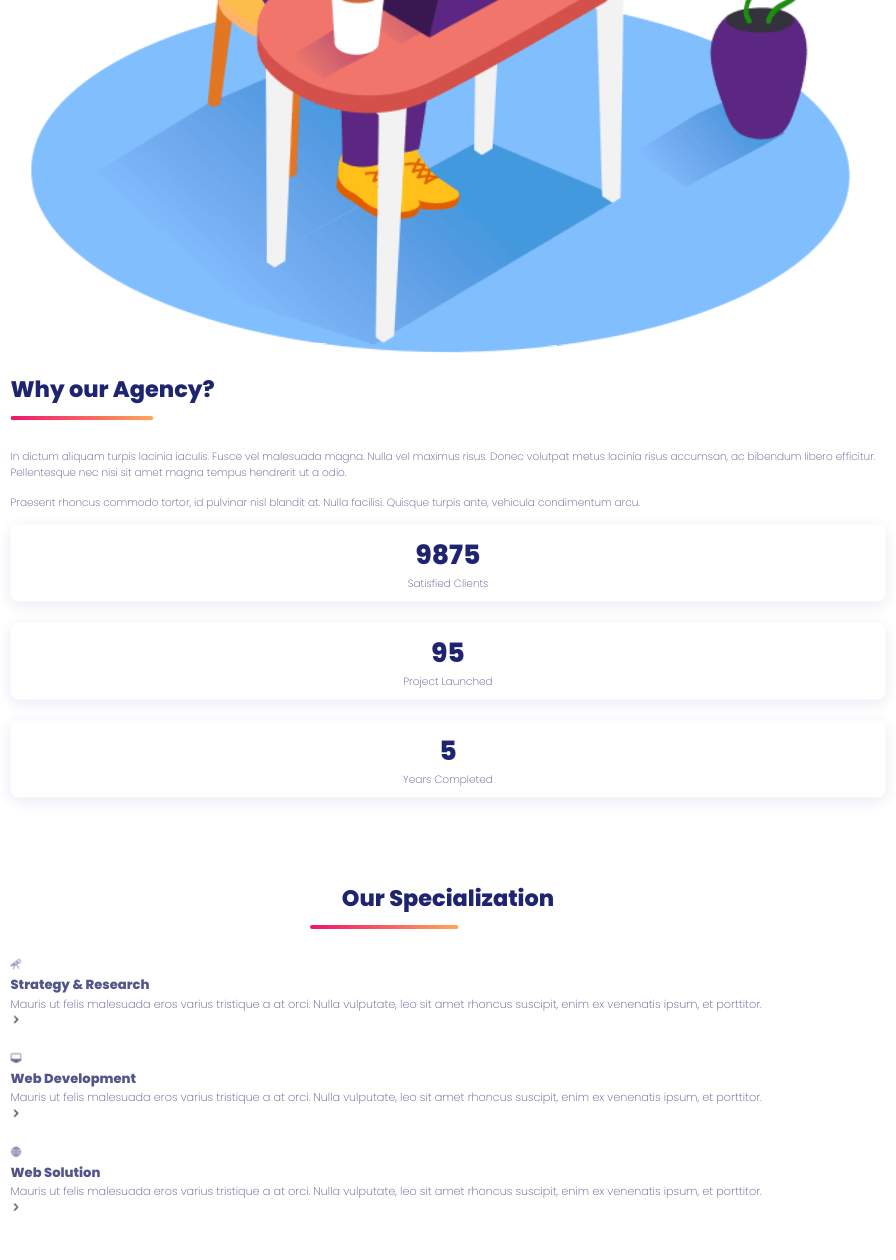
Repository: OmniaRafat232111121/agency
Page: index.html
These files come from the project's save history. The page is drawn as it stood at one moment and after a run of saves; the edit follows.
The browser window is 1280 px wide. The pictures show the part of the page from y = 1885 to 3805 px (the page is 3685 px tall before and 3805 px after), at 70% of full size.

Above is the page before, as saved 2022-10-28 23:26:30.

### index.html
<!DOCTYPE html>
<html lang="en">
<head>
    <meta charset="UTF-8">
    <meta http-equiv="X-UA-Compatible" content="IE=edge">
    <meta name="viewport" content="width=device-width, initial-scale=1.0">
    <title>Desinic</title>
    <!--Googlefont-->
    <link rel="preconnect" href="https://fonts.googleapis.com">
<link rel="preconnect" href="https://fonts.gstatic.com" crossorigin>
<link href="https://fonts.googleapis.com/css2?family=Be+Vietnam+Pro:wght@100&family=Montserrat:wght@400;700&family=Nunito:wght@300&family=Poppins:ital,wght@0,200;0,800;0,900;1,100;1,200&family=Source+Sans+Pro:ital,wght@0,700;1,600&family=Ubuntu:ital,wght@0,300;1,300&display=swap" rel="stylesheet">
    <!--css-->
<link rel="stylesheet" href="./assets/css/style.css">
</head>
<body>
   <!--header-->
   <header class="header active">
    <div class="container">
        <div class="overlay" data-overlay></div>
        <a href="#">
            <h1 class="logo">Desinic</h1>

        </a>
        <!--navbar-->
        <nav class="navbar" data-navbar>

        <div class="navbar-top">
        <a  href="#" class="logo">Desinic</a>
        <button class="nav-close-btn" aria-label="Close Menu" data-nav-close-btn>
           <ion-icon name="close-outline"></ion-icon>
        </button>

        </div>

            <ul class="navbar-list">
                <li class="navbar-item">
                    <a href="#home" class="navbar-link" data-navbar-link>Home</a>
                </li>
                <li class="navbar-item">
                    <a href="#about" class="navbar-link"data-navbar-link>About</a>
                </li>
                <li class="navbar-item">
                    <a href="#services" class="navbar-link"data-navbar-link>Services</a>
                </li>
                <li class="navbar-item">
                    <a href="#features" class="navbar-link"data-navbar-link>Features</a>
                </li>
                <li class="navbar-item">
                    <a href="#blog" class="navbar-link"data-navbar-link>Blog</a>
                </li>
                <li class="navbar-item">
                    <a href="#contact" class="navbar-link"data-navbar-link>Contact us</a>
                </li>
            </ul>

        </nav>


            <a class="btn">
 <ion-icon name="chevron-forward-outline" aria-hidden="true"></ion-icon>
    <span>Get A Quote</span>
            </a>

            <button class="nav-btn-open" aria-label="Open Menu" data-nav-open-btn>
                <ion-icon name="menu-outline"></ion-icon>
            </button>


    </div>

   </header>
<main>
    <article>
        <!--Hero-->
        <section class="hero" id="home">
            <div class="container">

              <div class="hero-content">

                <p class="hero-subtitle">We Are Product Designer From UK</p>

                <h2 class="h2 hero-title">We Design Interfaces That Users Love</h2>

                <p class="hero-text">
                  Morbi sed lacus nec risus finibus feugiat et fermentum nibh. Pellentesque vitae ante at elit fringilla ac
                  at purus.
                </p>

                <button class="button">Learn More</button>

              </div>

              <figure class="hero-banner">
                <img src="./assets/images/hero-banner.png" width="694" height="529" loading="lazy" alt="hero-banner"
                  class="w-100 banner-animation">
              </figure>

            </div>
          </section>
        <!--about-->
        <section class="section about" id="about">
            <div class="container">
                <figure>
                    <img src="./assets/images/about-banner.png" class="w-100 banner-animation" width="700" height="532" alt="aboutbanner" srcset="">
                </figure>
                <div class="about-content">
                     <h2 class=" h2 section-title underline">Why our Agency?</h2>
                     <p class="about-text">
                        In dictum aliquam turpis lacinia iaculis. Fusce vel malesuada magna. Nulla vel maximus risus. Donec
                        volutpat metus
                        lacinia risus accumsan, ac bibendum libero efficitur. Pellentesque nec nisi sit amet magna tempus
                        hendrerit ut a odio.
                      </p>

                      <p class="about-text">
                        Praesent rhoncus commodo tortor, id pulvinar nisl blandit at. Nulla facilisi. Quisque turpis ante,
                        vehicula condimentum
                        arcu.
                      </p>
                      <ul class="stats-list">
                        <li class="stats-card">
                            <p class="h3 stats-title">9875</p>
                            <p class="stats-text">Satisfied Clients</p>
                        </li>
                        <li class="stats-card">
                            <p class="h3 stats-title">95</p>
                            <p class="stats-text">Project Launched</p>
                        </li>
                        <li class="stats-card">
                            <p class="h3 stats-title">5</p>
                            <p class="stats-text">Years Completed</p>
                        </li>

                      </ul>
                    </div>

            </div>

        </section>

        <!--services-->
        <section class="section service" id="services">
          <div class="container">
            <h2 class="h2 section-title underline">Our Specialization</h2>
          <ul class="service-list">
            <li>
                <div class="card-icon">
                    <ion-icon name="telescope-outline"></ion-icon>
                </div>

                <h3 class="h3 title">Strategy & Research</h3>
                <p class="text">
                    Mauris ut felis malesuada eros varius tristique a at orci. Nulla vulputate, leo sit amet rhoncus
                    suscipit, enim ex
                    venenatis ipsum, et porttitor.
                  </p>

                  <button class="card-btn" aria-label="Show More">
                    <ion-icon name="chevron-forward-outline"></ion-icon>
                  </button>

            </li>
            <li>
                <div class="service-card">

                  <div class="card-icon">
                    <ion-icon name="desktop-outline"></ion-icon>
                  </div>

                  <h3 class="h3 title">Web Development</h3>

                  <p class="text">
                    Mauris ut felis malesuada eros varius tristique a at orci. Nulla vulputate, leo sit amet rhoncus
                    suscipit, enim ex
                    venenatis ipsum, et porttitor.
                  </p>

                  <button class="card-btn" aria-label="Show More">
                    <ion-icon name="chevron-forward-outline"></ion-icon>
                  </button>

                </div>
              </li>

              <li>
                <div class="service-card">

                  <div class="card-icon">
                    <ion-icon name="globe-outline"></ion-icon>
                  </div>

                  <h3 class="h3 title">Web Solution</h3>

                  <p class="text">
                    Mauris ut felis malesuada eros varius tristique a at orci. Nulla vulputate, leo sit amet rhoncus
                    suscipit, enim ex
                    venenatis ipsum, et porttitor.
                  </p>

                  <button class="card-btn" aria-label="Show More">
                    <ion-icon name="chevron-forward-outline"></ion-icon>
                  </button>

                </div>
              </li>

          </ul>
          </div>
        </section>

    </article>
</main>
    <!--custom js-->
    <script src="./assets/js/script.js"></script>

    <script type="module" src="https://unpkg.com/ionicons@5.5.2/dist/ionicons/ionicons.esm.js"></script>
<script nomodule src="https://unpkg.com/ionicons@5.5.2/dist/ionicons/ionicons.js"></script>
</body>
</html>

### assets/css/style.css
:root{
  /**colors**/
  --st-patricks-blue: hsl(236, 57%, 28%);
--amaranth-purple: hsl(335, 88%, 38%);
--royal-blue-dark: hsl(231, 68%, 21%);
--chrome-yellow: hsl(39, 100%, 52%);
--space-cadet-1: hsl(230, 41%, 25%);
--space-cadet-2: hsl(230, 59%, 16%);
--winter-sky_50: hsla(335, 87%, 53%, 0.5);
--purple-navy: hsl(236, 26%, 43%);
--ksu-purple: hsl(275, 54%, 33%);
--winter-sky: hsl(335, 87%, 53%);
--razzmatazz: hsl(335, 87%, 51%);
--platinum: hsl(0, 0%, 90%);
--black_70: hsla(0, 0%, 0%, 0.7);
--rajah: hsl(29, 99%, 67%);
--white: hsl(0, 0%, 100%);

--gradient-1: linear-gradient(90deg,var(--royal-blue-dark) 0,var(--ksu-purple) 51%,var(--royal-blue-dark));
--gradient-2: linear-gradient(90deg,var(--razzmatazz) ,var(--rajah))

/*font*/
--ff-source-sans-pro: 'Source Sans Pro', sans-serif;
--ff-poppins: 'Poppins', sans-serif;

--fs-1: 4.2rem;
--fs-2: 3.8rem;
--fs-3: 3.2rem;
--fs-4: 2.5rem;
--fs-5: 2.4rem;
--fs-6: 2rem;
--fs-7: 1.8rem;
--fs-8: 1.5rem;

--fw-500: 500;
--fw-600: 600;
--fw-700: 700;

/*Border-radius*/
--radius-4: 4px;
--radius-12: 12px;
/*spacig*/
--section-padding: 60px;


/*transation*/
--transition-1: 0.15s ease;
--transition-2: 0.35s ease;
--cubic-in: cubic-bezier(0.51, 0.03, 0.64, 0.28);
--cubic-out: cubic-bezier(0.33, 0.85, 0.56, 1.02);
 /*shadow*/
 --shadow: 0 5px 20px 1px hsla(220, 63%, 33%, 0.1);

}
/*__________________________________________*\
#Reset
/*__________________________________________*/
*,
*::before,
*::after{
margin:0;
padding:0;
box-sizing: border-box;
}
li{list-style: none;}
a{text-decoration:none;}
a,
img,
input,
button,
io-icon{
display:block;
}
button,input{
  background: none;
  border:none;
  font:inherit;
}
button{
  cursor: pointer;
}
input{
  width: 100%;
}
io-icon{
  pointer-events:none;
}
img{
  height:auto;
}
address{
  font-style: normal;
}
html{
  font-family: var(--ff-poppins);
  font-size: 10px;
  scroll-behavior: smooth;
}
body{
  background: white;
  color:var(--purple-navy);
  font-size: 1.6rem;
}
/*width*/
::-webkit-scrollbar{
  width: 10px;
}
/*track*/
::-webkit-scrollbar-track{
   background-color: hsl(0,0%,95%);
}
/*handle*/
::-webkit-scrollbar-thum{
   background-color: hsl(0,0%,80%);
}
/*hover*/
::-webkit-scrollbar-thumb:hover{
   background-color: hsl(0,0%,70%);
}
/*__________________________________________*\
#Reuse
/*__________________________________________*/
.container{
  padding-inline:15px;
}
.h2,
.h3 { font-family: var(--ff-source-sans-pro); }
.button {
  background:linear-gradient(90deg,var(--razzmatazz) ,var(--rajah));
  background-size: 200%;
  color: var(--white);
  padding: 12px 35px;
  font-size: var(--fs-8);
  font-weight: var(--fw-500);
  border-radius: 0 25px;
  transition: var(--transition-2);
  -webkit-transition: var(--transition-2);
  -moz-transition: var(--transition-2);
  -ms-transition: var(--transition-2);
  -o-transition: var(--transition-2);
  -webkit-border-radius:;
  -moz-border-radius:;
  -ms-border-radius:;
  -o-border-radius:;
}
.button:is(:hover, :focus) { background-position: right; }
.w-100 { width: 100%; }
.banner-animation { animation: waveAnim 2s linear infinite alternate; }
@keyframes waveAnim {
  0% { transform: translate(0, 0) rotate(0); -webkit-transform: translate(0, 0) rotate(0); -moz-transform: translate(0, 0) rotate(0); -ms-transform: translate(0, 0) rotate(0); -o-transform: translate(0, 0) rotate(0); }
  100% { transform: translate(2px, 2px) rotate(1deg); }
}

.section { padding-block: var(--section-padding); }
.section-title {
  color: var(--st-patricks-blue);
  font-size: var(--fs-3);
  margin-block-end: 60px;
  max-width: max-content;
  margin-inline: auto;
}
.underline{
  position: relative;
}
.underline::before{
  content:"";
  position:absolute;
  left:20%;
  bottom:-20px;
  width: 70%;
  transform: translateX(-50%);
  height: 6px;
  border-radius: 10px;
  background:linear-gradient(90deg,var(--razzmatazz) ,var(--rajah));
}



/*__________________________________________*\
#header
/*__________________________________________*/

/*-----------------------------------*\
  #HEADER
\*-----------------------------------*/

.header .btn { display: none; }

.header {
  --color: var(--white);

  position: absolute;
  top: 0;
  left: 0;
  width: 100%;
  padding-block: 14px;
  z-index: 4;
  transition: var(--transition-1);
}

.header.active {
  --color: var(--st-patricks-blue);

  position: fixed;
  background-color: var(--white);
  box-shadow: 0 2px 30px hsla(0, 0%, 0%, 0.1);
}

.header .container {
  display: flex;
  justify-content: space-between;
  align-items: center;
  gap: 30px;
}

.logo {
  color: var(--color);
  font-family: var(--ff-source-sans-pro);
  font-size: var(--fs-3);
}

.nav-open-btn {
  color: var(--color);
  font-size: 32px;
  padding: 4px;
}

.navbar {
  background-color: var(--white);
  position: fixed;
  top: 0;
  left: -280px;
  width: 100%;
  max-width: 280px;
  min-height: 100%;
  padding: 20px;
  visibility: hidden;
  z-index: 2;
  transition: 0.25s var(--cubic-in);
}

.navbar.active {
  transform: translateX(280px);
  visibility: visible;
  transition: 0.5s var(--cubic-out);
  -webkit-transition: 0.5s var(--cubic-out);
  -moz-transition: 0.5s var(--cubic-out);
  -ms-transition: 0.5s var(--cubic-out);
  -o-transition: 0.5s var(--cubic-out);
  -webkit-transform: translateX(280px);
  -moz-transform: translateX(280px);
  -ms-transform: translateX(280px);
  -o-transform: translateX(280px);
}

.navbar-top {
  display: flex;
  justify-content: space-between;
  align-items: center;
  padding-block: 10px 30px;
}

.navbar-top .logo {
  color: var(--st-patricks-blue);
  font-size: 4.2rem;
  font-weight: var(--fw-700);
}

.nav-close-btn {
  color: var(--space-cadet-1);
  font-size: 2.8rem;
  padding: 4px;
}

.navbar-item:not(:last-child) { border-bottom: 1px solid var(--platinum); }

.navbar-link {
  color: var(--space-cadet-1);
  font-size: var(--fs-8);
  font-weight: var(--fw-600);
  padding-block: 12px;
}

.overlay {
  position: fixed;
  inset: 0;
  background-color: var(--black_70);
  z-index: 1;
  opacity: 0;
  pointer-events: none;
  transition: var(--transition-2);
  -webkit-transition: var(--transition-2);
  -moz-transition: var(--transition-2);
  -ms-transition: var(--transition-2);
  -o-transition: var(--transition-2);
}

.overlay.active {
  opacity: 1;
  pointer-events: all;
}





/*-----------------------------------*\
  #HERO
\*-----------------------------------*/

.hero {
  background-image: url("../images/hero-bg-bottom.png"),
                    url("../images/hero-bg.png"),
                    var(--gradient-1);
  background-repeat: no-repeat, no-repeat, no-repeat;
  background-position: -280px bottom, center, center;
  background-size: auto, cover, auto;
  padding-block-start: 120px;
  padding-block-end: var(--section-padding);
}

.hero-content { margin-block-end: 50px; }

.hero-subtitle {
  color: var(--chrome-yellow);
  font-family: var(--ff-source-sans-pro);
  font-size: var(--fs-7);
  margin-block-end: 15px;
}

.hero-title {
  color: var(--white);
  font-size: var(--fs-1);
  margin-block-end: 20px;
}

.hero-text {
  color: var(--white);
  font-size: var(--fs-8);
  margin-block-end: 30px;
}
/*-----------------------------------*\
  #ABOUT
\*-----------------------------------*/
.about-banner { margin-block-end: 30px; }

.about .section-title { margin-inline: 0; }

.about .underline::before {
  left: 0;
  transform: translateX(0);
  -webkit-transform: translateX(0);
  -moz-transform: translateX(0);
  -ms-transform: translateX(0);
  -o-transform: translateX(0);
}

.about-text {
  font-size: var(--fs-8);
  margin-block-end: 20px;
}

.stats-list {
  display: grid;
  gap: 30px;
}

.stats-card {
  text-align: center;
  padding: 15px;;
  box-shadow: var(--shadow);
  border-radius: var(--radius-12);
}

.stats-title {
  color: var(--st-patricks-blue);
  font-size: var(--fs-2);
  font-weight: var(--fw-700);
}

.stats-text { font-size: var(--fs-8); }

.service-list{
  display:grid;
  gap:30px;
}

### assets/js/script.js

/*navbar toggle*/
const navOpenBtn = document.querySelector("[data-nav-open-btn]");
const navbar = document.querySelector("[data-navbar]");
const navCloseBtn = document.querySelector("[data-nav-close-btn]");
const overlay = document.querySelector("[data-overlay]");

const elemArr = [navCloseBtn, overlay, navOpenBtn];

for (let i = 0; i < elemArr.length; i++) {
  elemArr[i].addEventListener("click", function () {
    navbar.classList.toggle("active");
    overlay.classList.toggle("active");
  });
}

/*navbarLinks**/
let navLinks=document.querySelectorAll('[data-navbar-link]');
for(let i=0;i<navLinks.length;i++){
    navLinks[i].addEventListener("click",function(){
        navbar.classList.toggle("active");
        overlay.classList.toggle("active");
    });
}

After the next 23 saves:
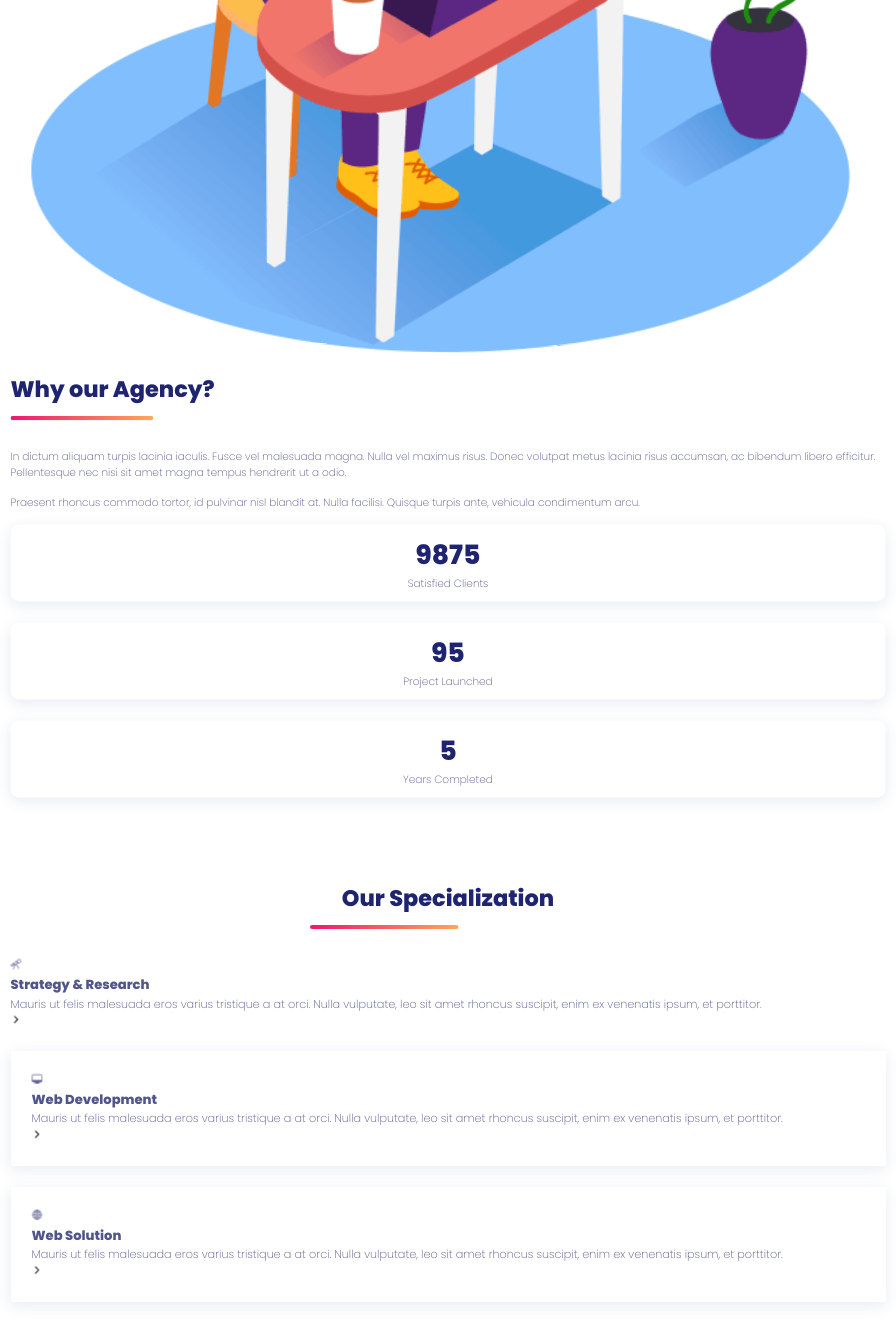
The 23 saves are shown as one change because they came seconds apart.
The last was saved 30 s later.
--- a/assets/css/style.css
+++ b/assets/css/style.css
@@ -384,3 +384,8 @@ body{
   display:grid;
   gap:30px;
 }
+.service-card{
+  padding:30px;
+  box-shadow: var(--shadow);
+  borde
+}
